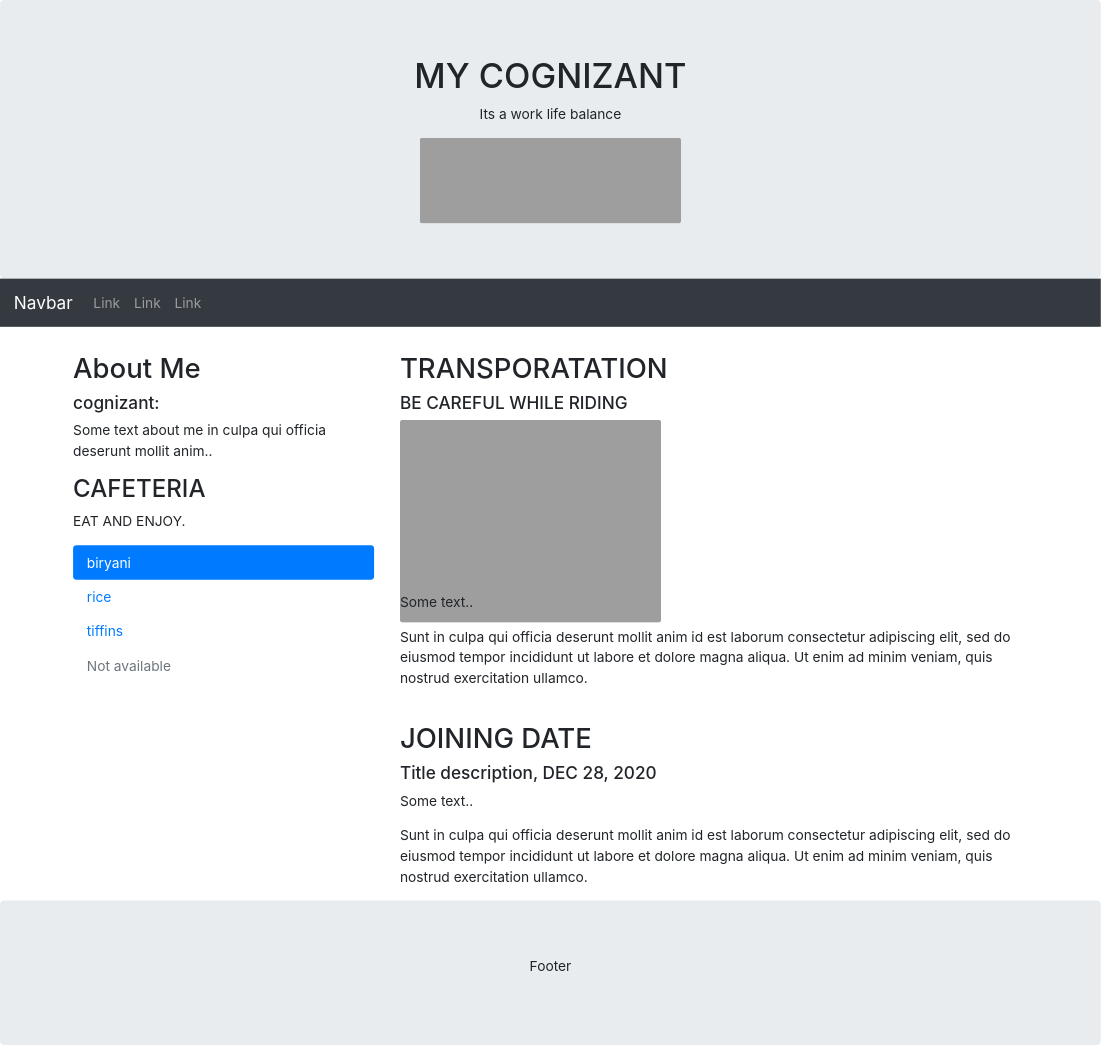
Repository: suvarsha/cognizant-projects
Page: BootStramp1/WebContent/first.html
An editor plug-in stored every save of this project. The page is shown before and after the next save, followed by the edit.
The browser window is 1280 px wide. The pictures show the whole page, at 86% of full size.
Pictures or frames that could not be fetched are drawn as grey boxes.

Above is the page before, as saved 2020-01-18 11:58:26.

### BootStramp1/WebContent/first.html
<!DOCTYPE html>
<html lang="en">
<head>
  <title>Bootstrap 4 Website Example</title>
  <meta charset="utf-8">
  <meta name="viewport" content="width=device-width, initial-scale=1">
  <link rel="stylesheet" href="https://maxcdn.bootstrapcdn.com/bootstrap/4.4.1/css/bootstrap.min.css">
  <script src="https://ajax.googleapis.com/ajax/libs/jquery/3.4.1/jquery.min.js"></script>
  <script src="https://cdnjs.cloudflare.com/ajax/libs/popper.js/1.16.0/umd/popper.min.js"></script>
  <script src="https://maxcdn.bootstrapcdn.com/bootstrap/4.4.1/js/bootstrap.min.js"></script>
  <style>
  .fakeimg {
    height: 200px;
    background:white;
  }
  </style>
</head>
<body>

<div class="jumbotron text-center" style="margin-bottom:0">
  <h1>MY COGNIZANT</h1>
  <p>Its a  work life balance</p>
  <img src="C:\cognizant\BootStramp1\WebContent\image\download (1).jpg"  class="rounded" alt="Cinque Terre" width="304" height="100"></div>

<nav class="navbar navbar-expand-sm bg-dark navbar-dark">
  <a class="navbar-brand" href="#">Navbar</a>
  <button class="navbar-toggler" type="button" data-toggle="collapse" data-target="#collapsibleNavbar">
    <span class="navbar-toggler-icon"></span>
  </button>
  <div class="collapse navbar-collapse" id="collapsibleNavbar">
    <ul class="navbar-nav">
      <li class="nav-item">
        <a class="nav-link" href="#">Link</a>
      </li>
      <li class="nav-item">
        <a class="nav-link" href="#">Link</a>
      </li>
      <li class="nav-item">
        <a class="nav-link" href="#">Link</a>
      </li>
    </ul>
  </div>
</nav>

<div class="container" style="margin-top:30px">
  <div class="row">
    <div class="col-sm-4">
      <h2>About Me</h2>
      <h5>cognizant:</h5>
      <p>Some text about me in culpa qui officia deserunt mollit anim..</p>
      <h3>CAFETERIA</h3>
      <p>EAT AND ENJOY.</p>
      <ul class="nav nav-pills flex-column">
        <li class="nav-item">
          <a class="nav-link active" href="#">biryani</a>
        </li>
        <li class="nav-item">
          <a class="nav-link" href="#">rice</a>
        </li>
        <li class="nav-item">
          <a class="nav-link" href="#">tiffins</a>
        </li>
        <li class="nav-item">
          <a class="nav-link disabled" href="#">Not available</a>
        </li>
      </ul>
      <hr class="d-sm-none">
    </div>
    <div class="col-sm-8">
      <h2>TRANSPORATATION</h2>
      <h5>BE CAREFUL WHILE RIDING</h5>
      <div class="fakeimg">
      <img src="C:\cognizant\BootStramp1\WebContent\image\download.jpg" class="rounded" alt="Cinque Terre" width="304" height="236"></div>
      <p>Some text..</p>
      <p>Sunt in culpa qui officia deserunt mollit anim id est laborum consectetur adipiscing elit, sed do eiusmod tempor incididunt ut labore et dolore magna aliqua. Ut enim ad minim veniam, quis nostrud exercitation ullamco.</p>
      <br>
      <h2>JOINING DATE</h2>
      <h5>Title description, DEC 28, 2020</h5>

      <p>Some text..</p>
      <p>Sunt in culpa qui officia deserunt mollit anim id est laborum consectetur adipiscing elit, sed do eiusmod tempor incididunt ut labore et dolore magna aliqua. Ut enim ad minim veniam, quis nostrud exercitation ullamco.</p>
    </div>
  </div>
</div>

<div class="jumbotron text-center" style="margin-bottom:0">
  <p>Footer</p>
</div>

</body>
</html>

After the next save:
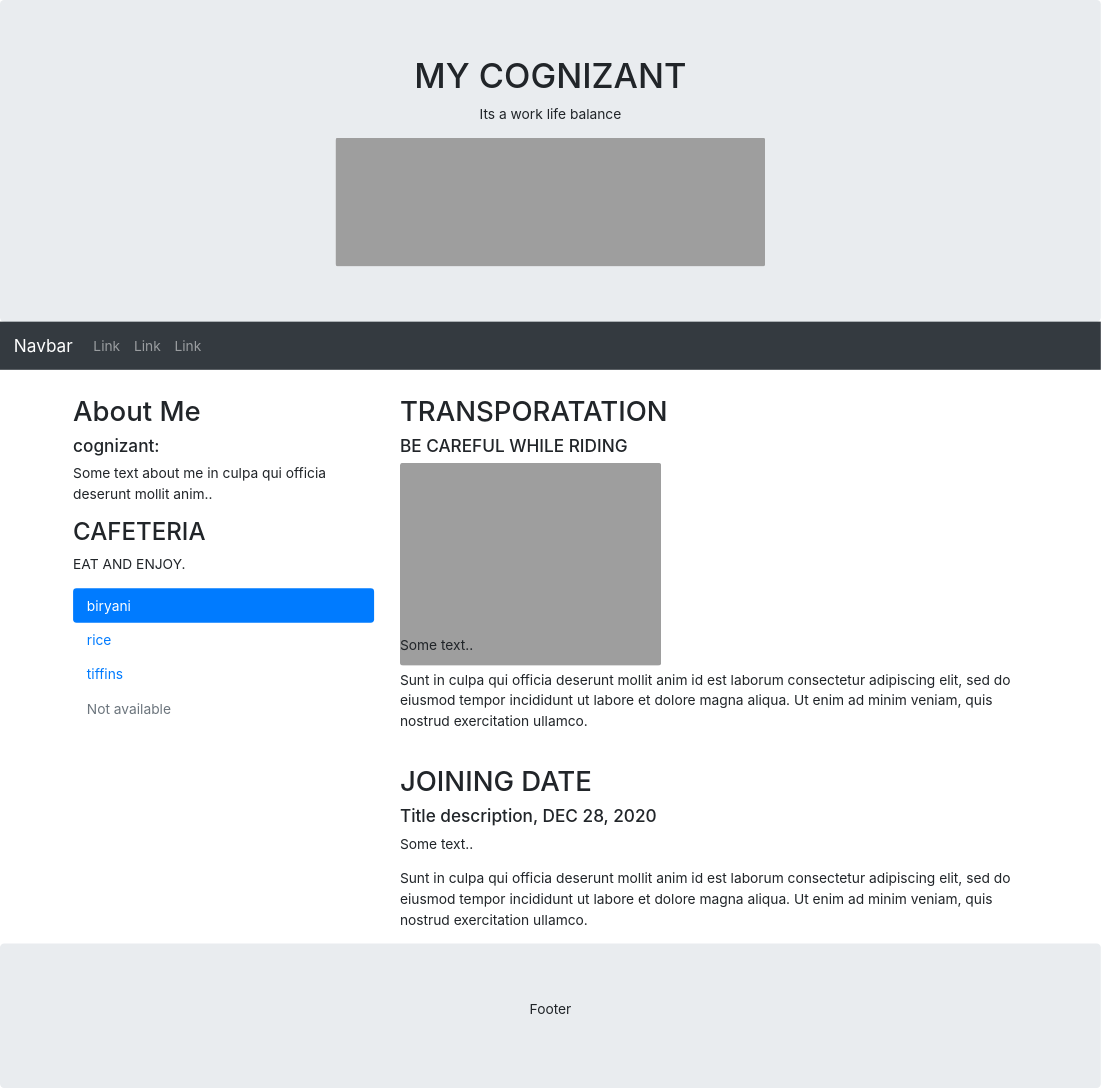
Saved 39 s later.
--- a/BootStramp1/WebContent/first.html
+++ b/BootStramp1/WebContent/first.html
@@ -20,7 +20,7 @@
 <div class="jumbotron text-center" style="margin-bottom:0">
   <h1>MY COGNIZANT</h1>
   <p>Its a  work life balance</p>
-  <img src="C:\cognizant\BootStramp1\WebContent\image\download (1).jpg"  class="rounded" alt="Cinque Terre" width="304" height="100"></div>
+  <img src="C:\cognizant\BootStramp1\WebContent\image\download (1).jpg"  class="rounded" alt="Cinque Terre" width="500" height="150"></div>
 
 <nav class="navbar navbar-expand-sm bg-dark navbar-dark">
   <a class="navbar-brand" href="#">Navbar</a>
